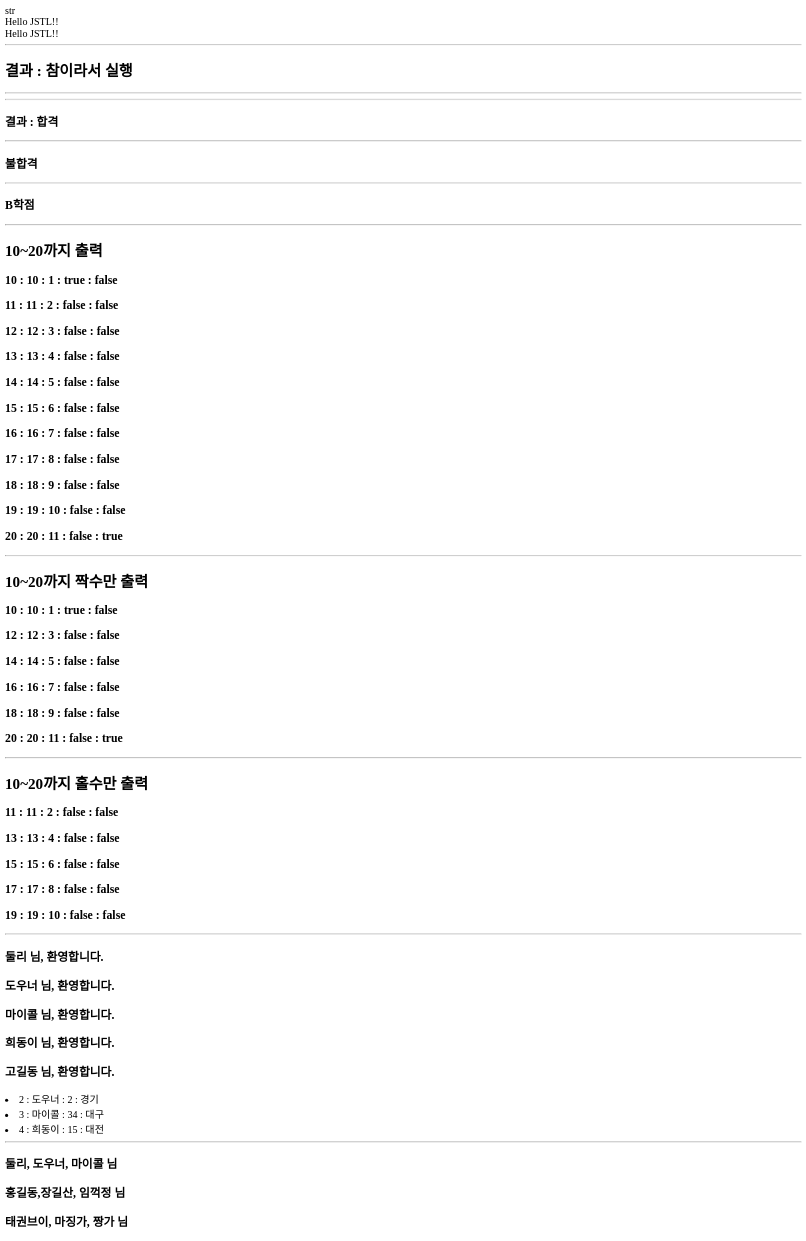
Repository: hagjun/jspstudy
Page: http://localhost/01_servlet/jsp/ex09_jstl.jsp
These files come from the project's save history. The page is drawn as it stood at one moment and after a run of saves; the edit follows.
The browser window is 1280 px wide. The pictures show the whole page, at 63% of full size.
The page is served by Tomcat 9.

Above is the page before, as saved 2024-03-07 03:35:58.

After the next 2 saves:
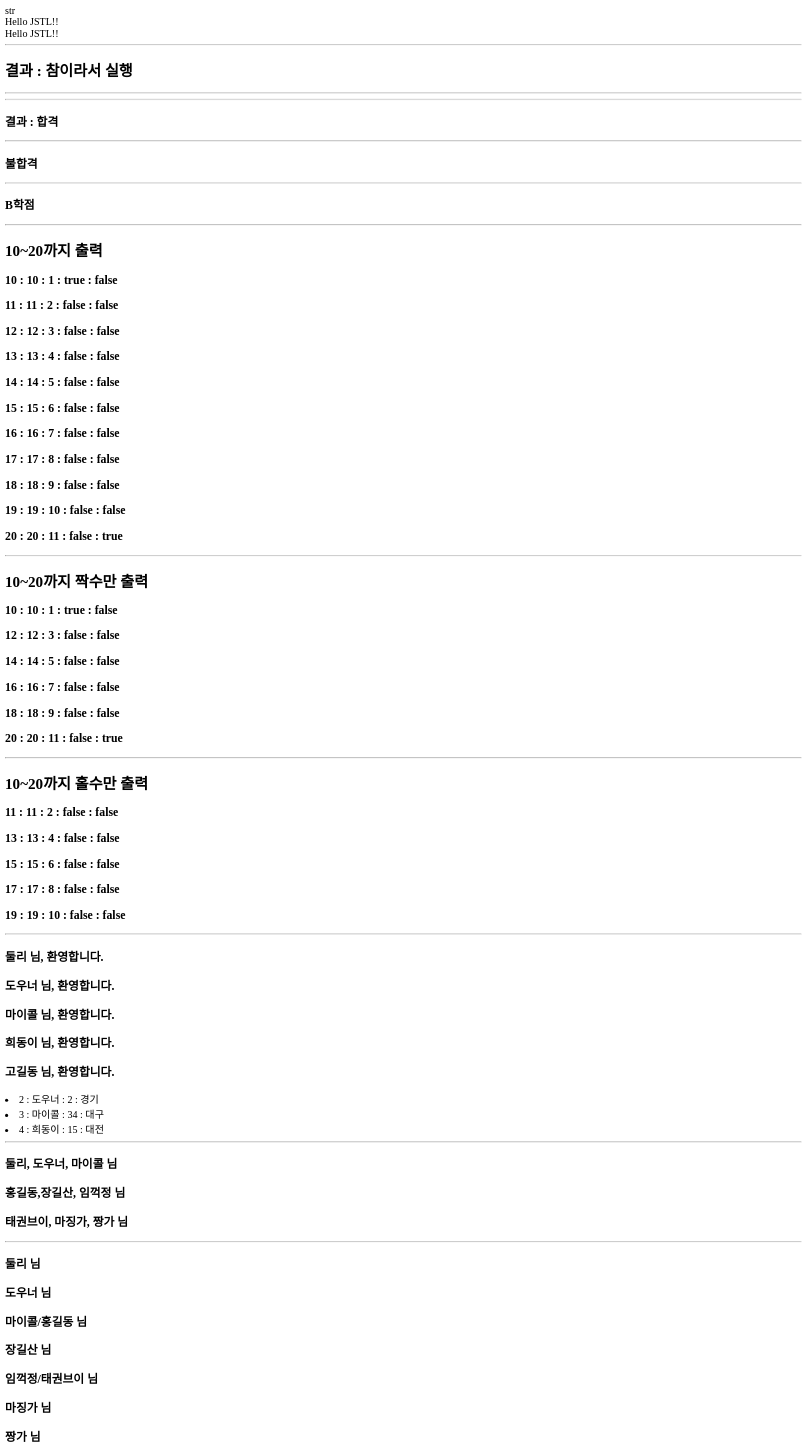
The 2 saves are shown as one change because they came seconds apart.
The last was saved 56 s later.
--- a/01_servlet/src/main/webapp/jsp/ex09_jstl.jsp
+++ b/01_servlet/src/main/webapp/jsp/ex09_jstl.jsp
@@ -173,6 +173,11 @@
 		<h3>${k} 님</h3>
 	</c:forTokens>
 
+	<hr>
+	<c:forTokens items="${arr_2}" delims="," var="k">
+		<h3>${k} 님</h3>
+	</c:forTokens>
+
 
 </body>
 </html>
